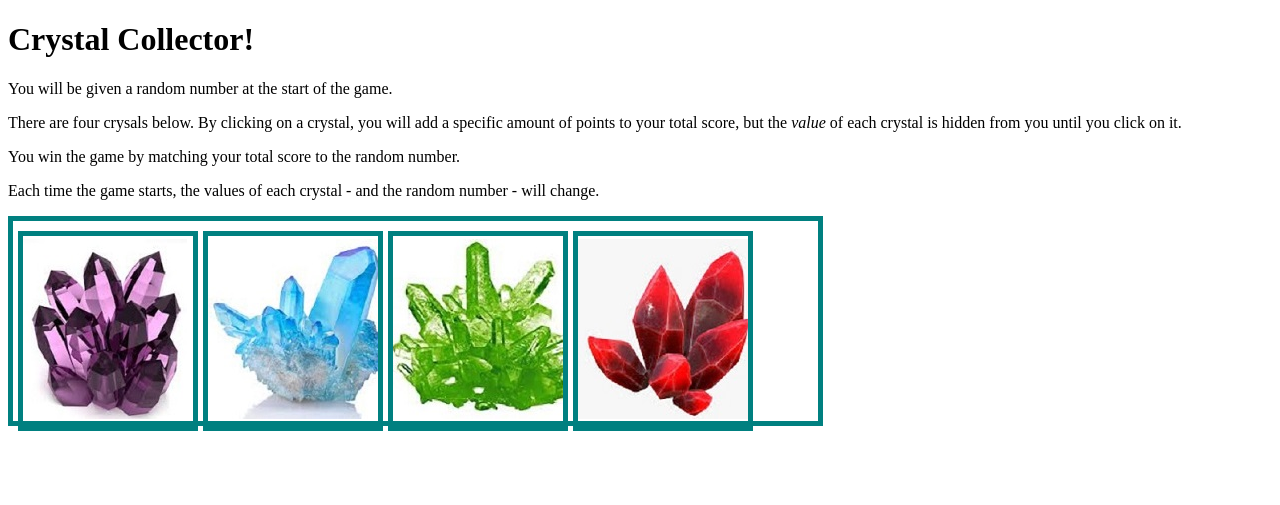
Repository: dsaftler/unit-4-game
Page: index.html
An editor plug-in stored every save of this project. The page is shown before and after the next save, followed by the edit.
The browser window is 1280 px wide. The pictures show the whole page.

Above is the page before, as saved 2019-04-01 19:03:41.

After the next save:
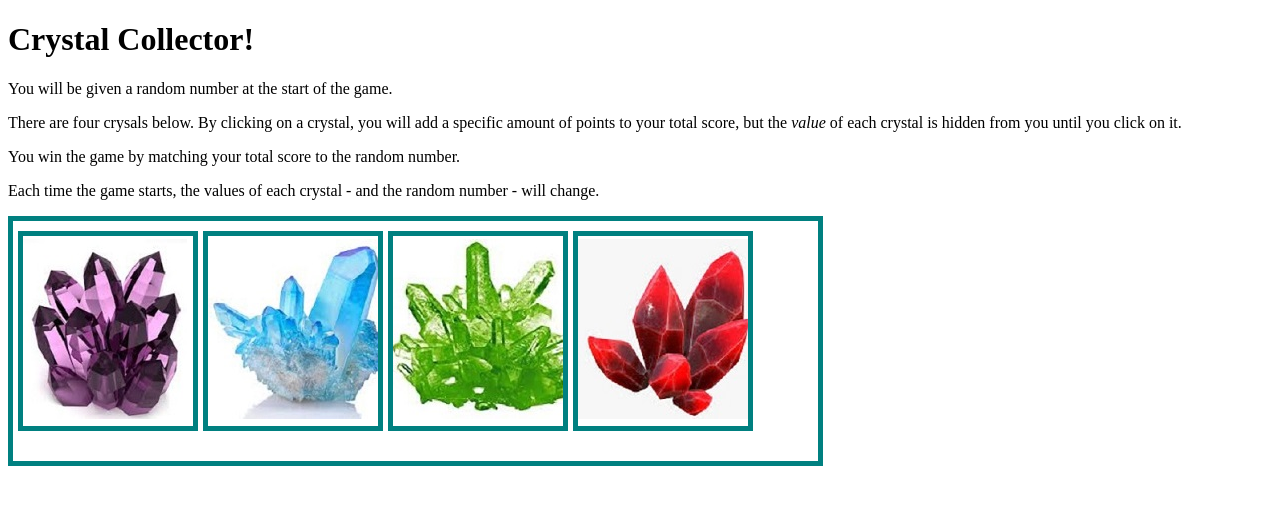
Saved 11 s later.
--- a/assets/css/style.css
+++ b/assets/css/style.css
@@ -10,7 +10,7 @@ background-image: url("assets/images/congruent_pentagon.png")
 }
 .crystal-set{
   background-color: #ffffff;
-  height: 210px;
+  height: 250px;
   width: 815px;
   border:5px solid teal;
   padding: 5px;
